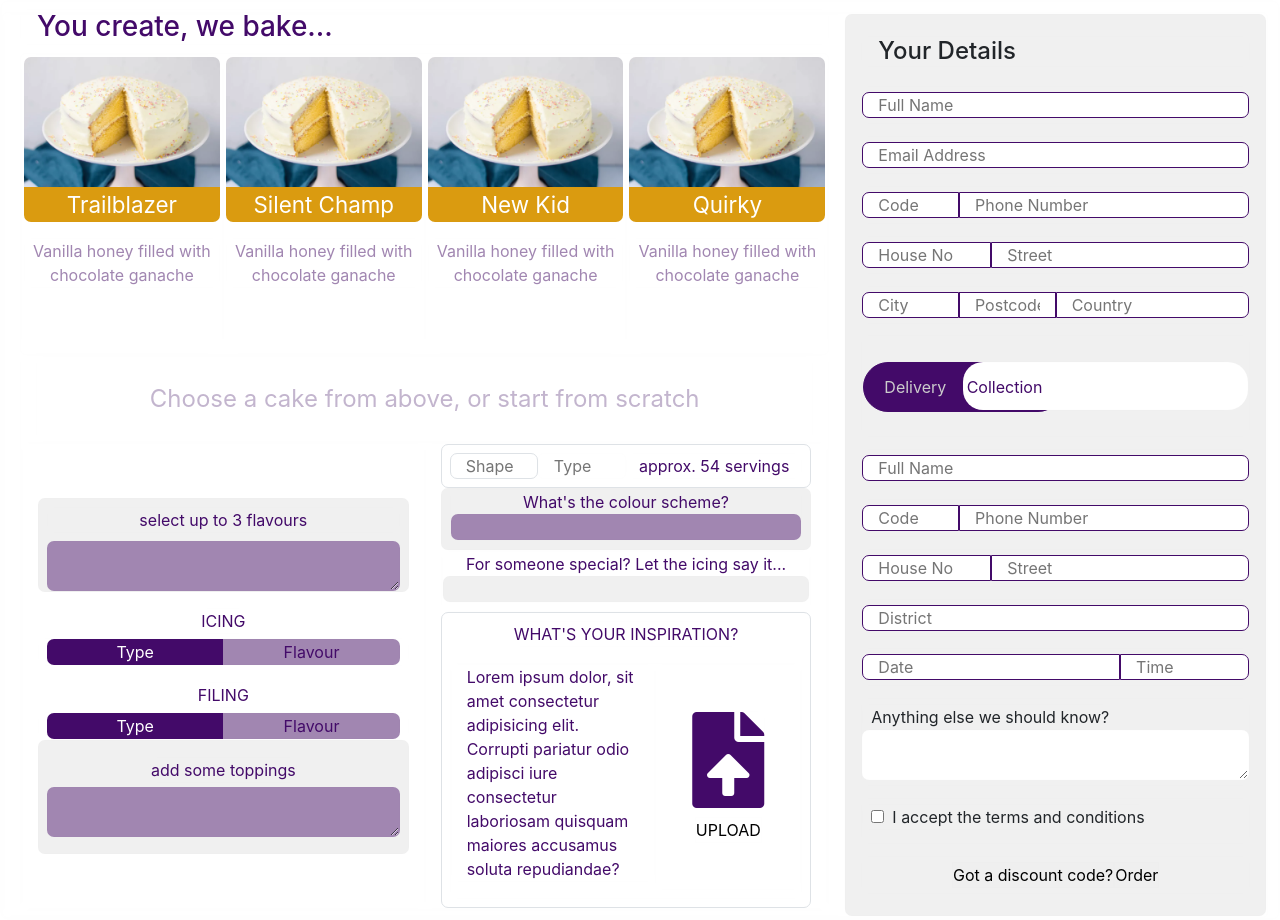
Repository: I-Alpha/BakeryOrderForm
Page: Order-Page.html
An editor plug-in stored every save of this project. The page is shown before and after the next save, followed by the edit.
The browser window is 1280 px wide. The pictures show the whole page.

Above is the page before, as saved 2020-12-29 05:13:07.

After the next save:
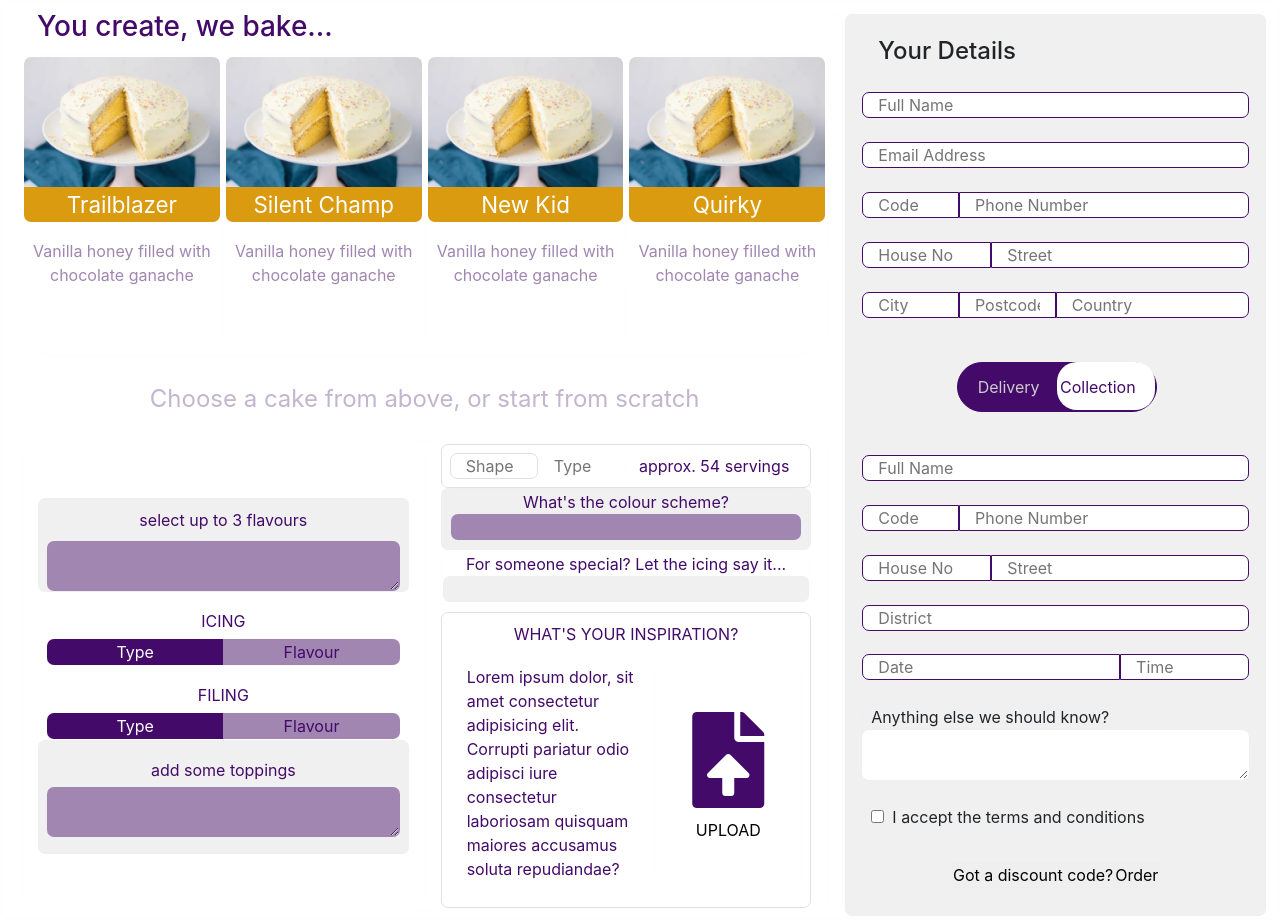
Saved 6 s later.
--- a/Order-Page.html
+++ b/Order-Page.html
@@ -624,7 +624,7 @@
                     <input class="col-6 right-curve" placeholder="Country">
                 </div>
                 <div class="input-group d-flex w-100 h-10 justify-content-center">
-                    <span class="switcher switcher-1 w-100 ">
+                    <span class="switcher switcher-1 ">
                         <input type="checkbox" id="switcher-1">
                         <label for="switcher-1"></label>
                     </span>
